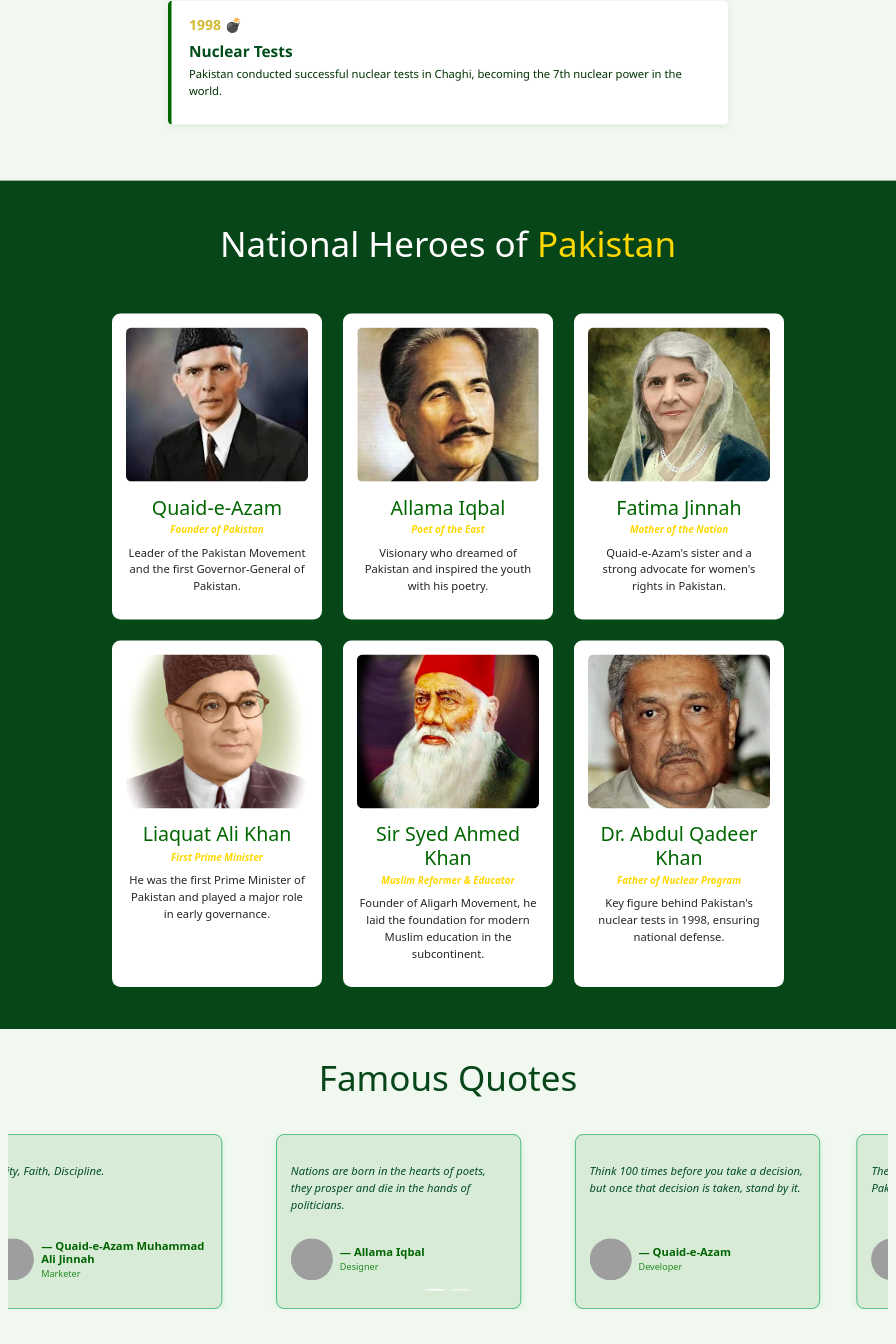
Repository: memonmuhammadali98/Pakistan-Independence-Day
Page: index.html
These files come from the project's save history. The page is drawn as it stood at one moment and after the next save; the edit follows.
The browser window is 1280 px wide. The pictures show the part of the page from y = 2760 to 4680 px (the page is 4680 px tall), at 70% of full size.
Pictures or frames that could not be fetched are drawn as grey boxes.

Above is the page before, as saved 2025-08-08 17:41:03.
Console error: TypeError: Cannot set properties of null (setting 'innerHTML')

After the next save:
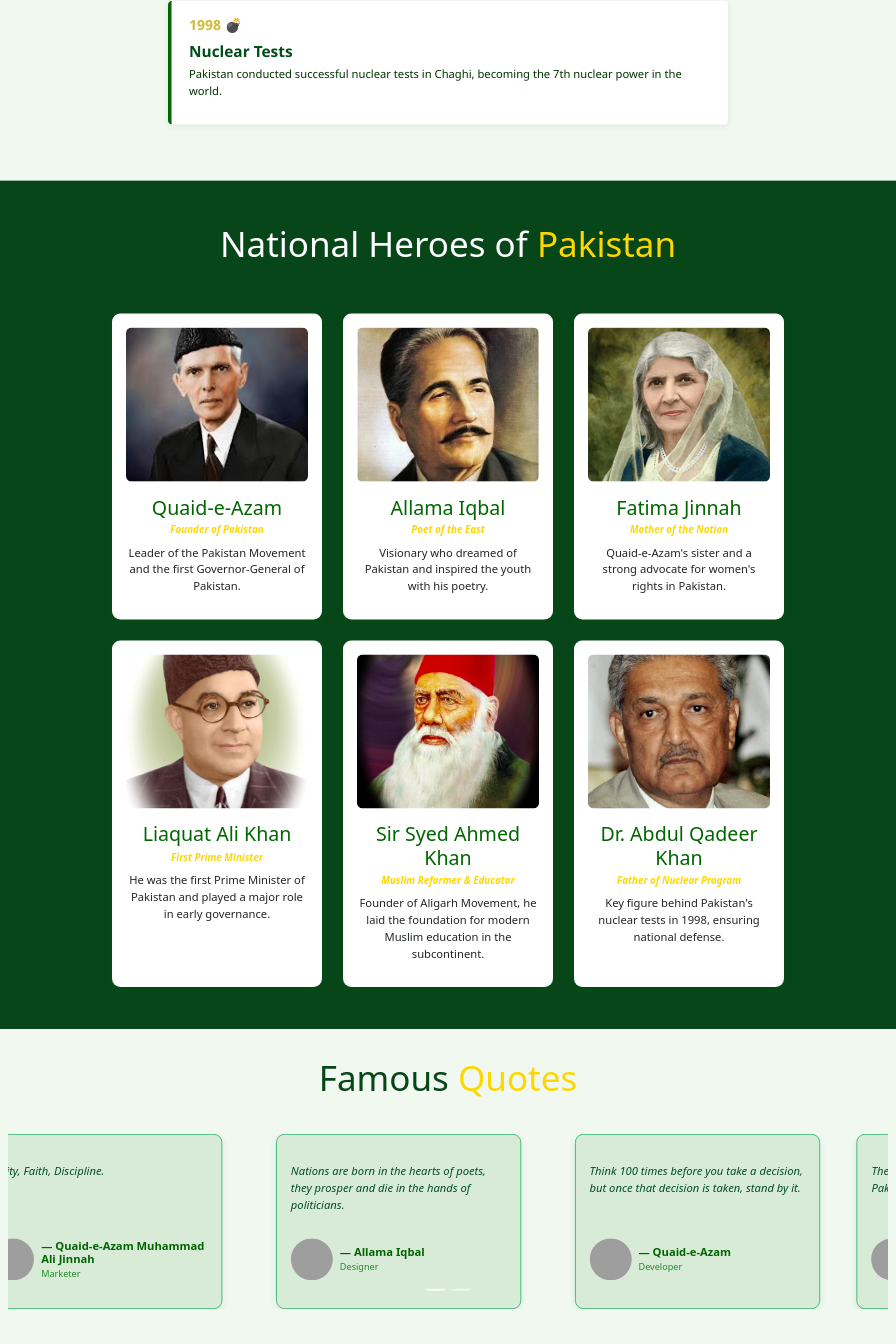
Saved 6 s later.
--- a/index.html
+++ b/index.html
@@ -248,8 +248,7 @@
 
 <!-- Quote Section Starts -->
    <div class="quote-section container-xxl">
-      <h2>Famous <span style="color
-      ">Quotes</span></h2>
+      <h2>Famous <span style="color: gold;">Quotes</span></h2>
 
   <div id="testimonialCarousel" class="carousel slide" data-bs-ride="carousel">
 
